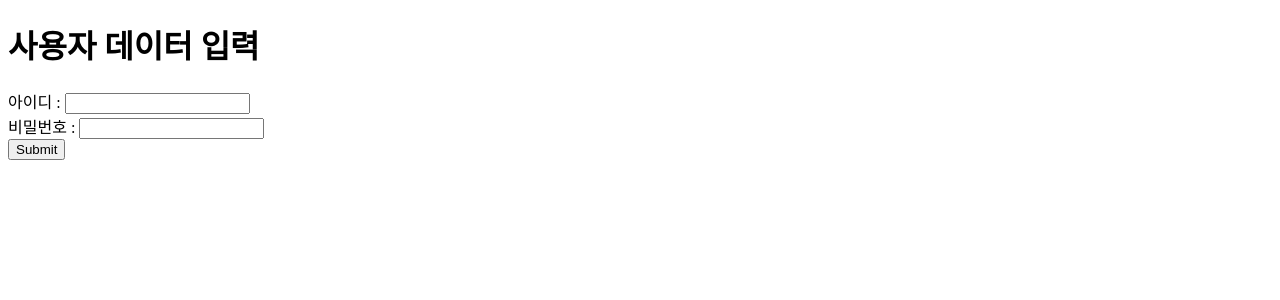
Repository: ithansiyeon/-
Page: class/client/ClientTest/WebContent/ex17_form.html
The author's editor kept a copy of each file at every save. The page is drawn from the files as they stood at one save, then again after the next save.
The browser window is 1280 px wide. The pictures show the whole page.

Above is the page before, as saved 2020-06-22 03:28:35.

After the next save:
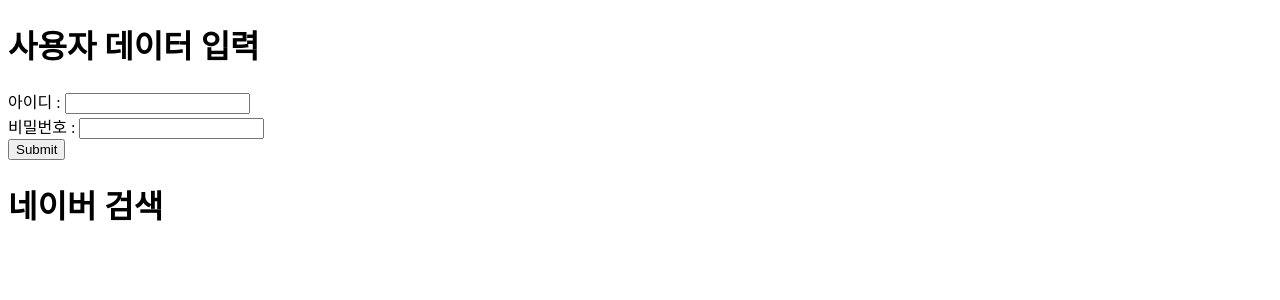
Saved 70 s later.
--- a/class/client/ClientTest/WebContent/ex17_form.html
+++ b/class/client/ClientTest/WebContent/ex17_form.html
@@ -34,9 +34,9 @@
                                 - 전송 데이터의 길이 제한 -> URL(256자) -> 4~6천바이트 정도 가능
                                 - 숫자 or 영문 전송용, 한글 비권장(실제로 사용 많이 함)
                                 - URL?이름=값&이름=값&이름=값
+                       			- ?이름=값&이름=값&이름=값 : Query String
                                 - 공백 허용 안함, 영어 + 숫자 조합
                        			- https://search.naver.com/search.naver?sm=top_hty&fbm=1&ie=utf8&query=%EC%9E%90%EB%B0%94(자바를 이스케이프 시킨것) - base64 인코딩 처리
-                       			- ?이름=값&이름=값&이름=값 : Query String
                             b. POST
                                 - 패킷의 본문에 넣어서 전송한다.
                                 - 데이터가 노출이 안된다.
@@ -63,5 +63,6 @@
             </div>
         </form>
 
+	    <h1>네이버 검색</h1>
 </body>
 </html>
